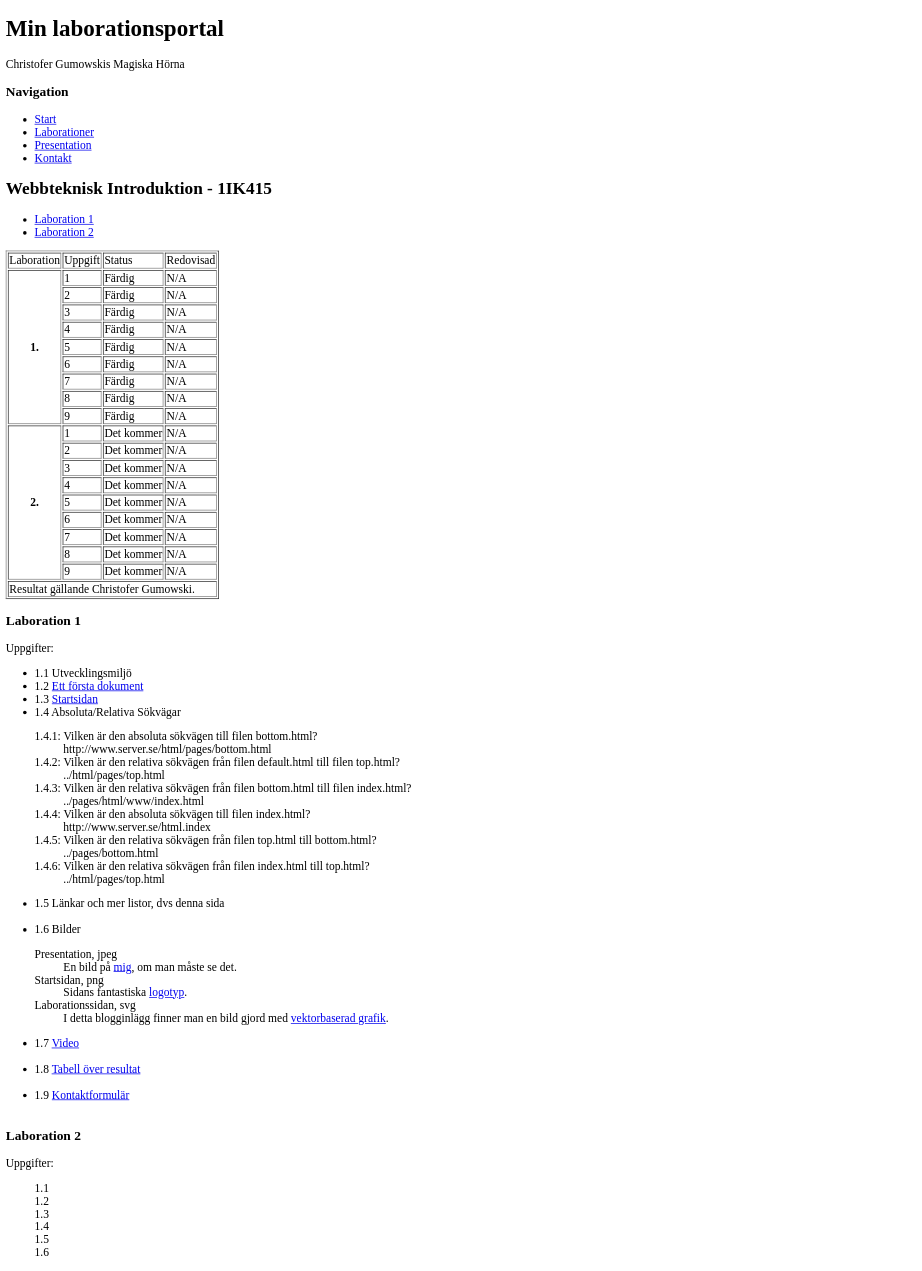
Repository: cg222im/1IK415_cg222im
Page: pages/laborationer.html
The author's editor kept a record of every edit. The page is drawn from the files as they stood at one moment, then again after the next edit.
The browser window is 1280 px wide. The pictures show the whole page, at 72% of full size.

Above is the page before.

### pages/laborationer.html
<!doctype html>
<html>
    <head>
        <meta charset="UTF-8" />
        <title>laborationer</title>
    </head>

    <body>

    <h1>Min laborationsportal</h1>

    <p>Christofer Gumowskis Magiska Hörna</p>

        <h3>Navigation</h3>
        <ul>
            <li><a href="../index.html">Start</a></li>
            <li><a href="laborationer.html">Laborationer</a></li>
            <li><a href="presentation.html">Presentation</a></li>
            <li><a href="kontakt.html">Kontakt</a></li>
        </ul>

    <h2>Webbteknisk Introduktion - 1IK415</h2>

        <ul>
            <li><a href="#Laboration1">Laboration 1</a></li>
            <li><a href="#Laboration2">Laboration 2</a></li>
        </ul>

    <!--Uppställd resultattabell-->
    <a id="resultat"></a>
    <table border="1">
        <thead>
          <tr>
            <td>Laboration</td>
            <td>Uppgift</td>
            <td>Status</td>
            <td>Redovisad</td>
          </tr>
        </thead>

        <tfoot>
            <tr>
              <td colspan="4">Resultat gällande Christofer Gumowski.</td>
            </tr>
        </tfoot>

        <!--Följande kod är något komprimerad för att spara plats-->
        <tbody>
          <tr>
            <th rowspan="9">1.</th>
            <td>1</td><td>Färdig</td><td>N/A</td>
          </tr>
            <tr><td>2</td><td>Färdig</td><td>N/A</td></tr>
            <tr><td>3</td><td>Färdig</td><td>N/A</td></tr>
            <tr><td>4</td><td>Färdig</td><td>N/A</td></tr>
            <tr><td>5</td><td>Färdig</td><td>N/A</td></tr>
            <tr><td>6</td><td>Färdig</td><td>N/A</td></tr>
            <tr><td>7</td><td>Färdig</td><td>N/A</td></tr>
            <tr><td>8</td><td>Färdig</td><td>N/A</td></tr>
            <tr><td>9</td><td>Färdig</td><td>N/A</td></tr>
        </tbody>

        <tbody>
          <tr>
               <th rowspan="9">2.</th>
            <td>1</td><td>Det kommer</td><td>N/A</td>
          </tr>
            <tr><td>2</td><td>Det kommer</td><td>N/A</td></tr>
            <tr><td>3</td><td>Det kommer</td><td>N/A</td></tr>
            <tr><td>4</td><td>Det kommer</td><td>N/A</td></tr>
            <tr><td>5</td><td>Det kommer</td><td>N/A</td></tr>
            <tr><td>6</td><td>Det kommer</td><td>N/A</td></tr>
            <tr><td>7</td><td>Det kommer</td><td>N/A</td></tr>
            <tr><td>8</td><td>Det kommer</td><td>N/A</td></tr>
            <tr><td>9</td><td>Det kommer</td><td>N/A</td></tr>
        </tbody>

    </table>

    <a id="Laboration1"></a>
    <h3>Laboration 1</h3>
    <p>Uppgifter:</p>
        <ul>
            <li>1.1 Utvecklingsmiljö<br>
            <li>1.2 <a href="README.md">Ett första dokument</a><br>
            <li>1.3 <a href="index.html">Startsidan</a><br>
            <li>1.4 Absoluta/Relativa Sökvägar
                <dl>
                    <dt>1.4.1: Vilken är den absoluta sökvägen till filen bottom.html?</dt>
                        <dd>http://www.server.se/html/pages/bottom.html</dd>
                    <dt>1.4.2: Vilken är den relativa sökvägen från filen default.html till filen top.html?</dt>
                        <dd>../html/pages/top.html</dd>
                    <dt>1.4.3: Vilken är den relativa sökvägen från filen bottom.html till filen index.html?</dt>
                        <dd>../pages/html/www/index.html</dd>
                    <dt>1.4.4: Vilken är den absoluta sökvägen till filen index.html?</dt>
                        <dd>http://www.server.se/html.index</dd>
                    <dt>1.4.5: Vilken är den relativa sökvägen från filen top.html till bottom.html?</dt>
                        <dd>../pages/bottom.html</dd>
                    <dt>1.4.6: Vilken är den relativa sökvägen från filen index.html till top.html?</dt>
                        <dd>../html/pages/top.html</dd>
                </dl></li>
            <li>1.5 Länkar och mer listor, dvs denna sida</li><br>
            <li>1.6 Bilder
                <dl>
                    <dt>Presentation, jpeg</dt>
                        <dd>En bild på <a href="presentation.html#portrait">mig</a>, om man måste se det.</dd>
                    <dt>Startsidan, png</dt>
                        <dd>Sidans fantastiska <a href="../pics/logo.png">logotyp</a>.</dd>
                    <dt>Laborationssidan, svg</dt>
                        <dd>I detta blogginlägg finner man en bild gjord med <a href="../index.html#svgBlogg">vektorbaserad grafik</a>.</dd>
                </dl></li>
            <li>1.7 <a href="../index.html#trailer">Video</a></li><br>
            <li>1.8 <a href="#resultat">Tabell över resultat</a></li><br>
            <li>1.9 <a href="kontakt.html">Kontaktformulär</a></li><br>

        </ul>

    <a id="Laboration2"></a>
    <h3>Laboration 2</h3>
    <p>Uppgifter:</p>
        <ol>
            1.1<br>
            1.2<br>
            1.3<br>
            1.4<br>
            1.5<br>
            1.6<br>
        </ol>



    </body>

</html>

After the next edit:
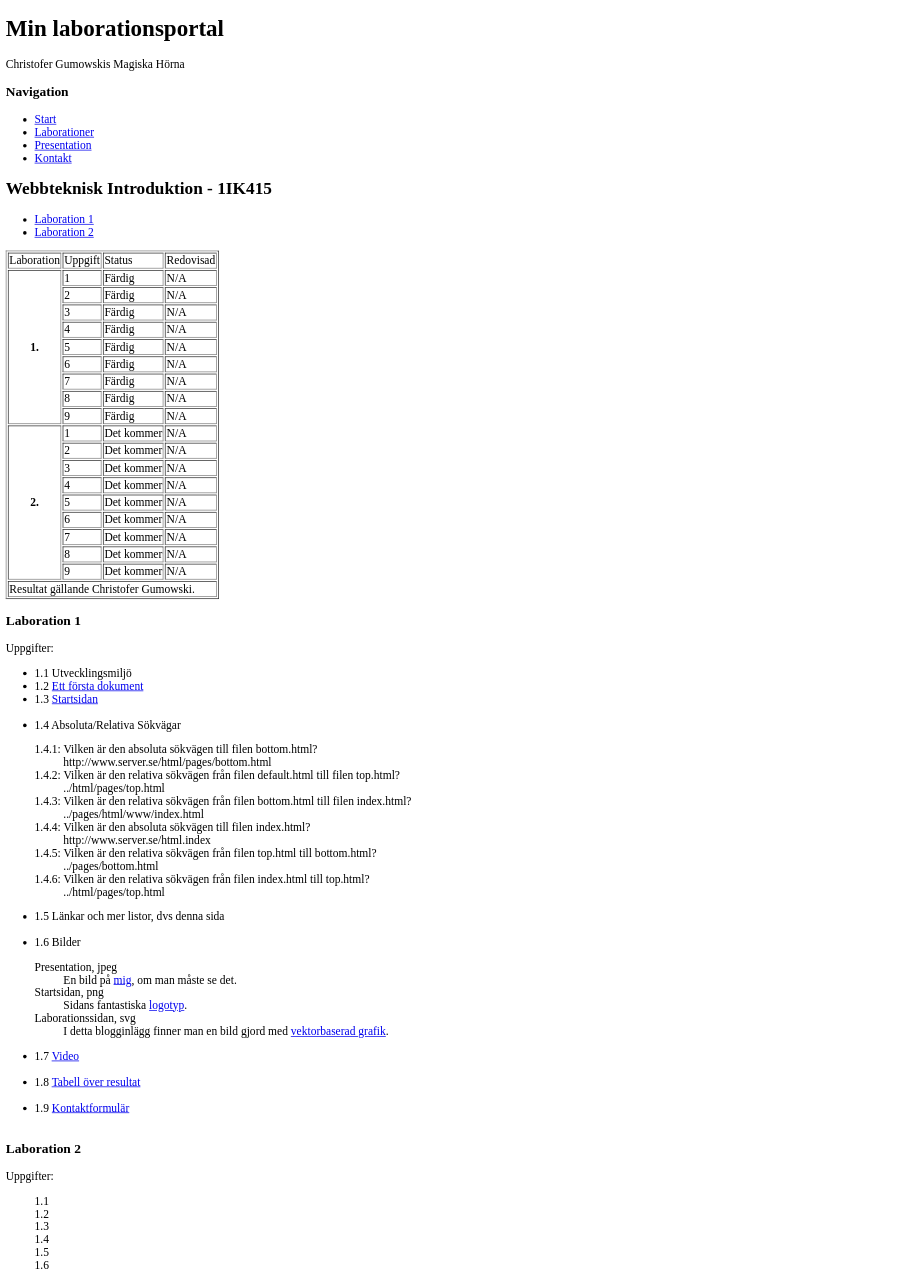
The edit:
--- a/pages/laborationer.html
+++ b/pages/laborationer.html
@@ -81,9 +81,9 @@
     <h3>Laboration 1</h3>
     <p>Uppgifter:</p>
         <ul>
-            <li>1.1 Utvecklingsmiljö<br>
-            <li>1.2 <a href="README.md">Ett första dokument</a><br>
-            <li>1.3 <a href="index.html">Startsidan</a><br>
+            <li>1.1 Utvecklingsmiljö</li>
+            <li>1.2 <a href="README.md">Ett första dokument</a></li>
+            <li>1.3 <a href="index.html">Startsidan</a></li><br>
             <li>1.4 Absoluta/Relativa Sökvägar
                 <dl>
                     <dt>1.4.1: Vilken är den absoluta sökvägen till filen bottom.html?</dt>

After the edit that followed:
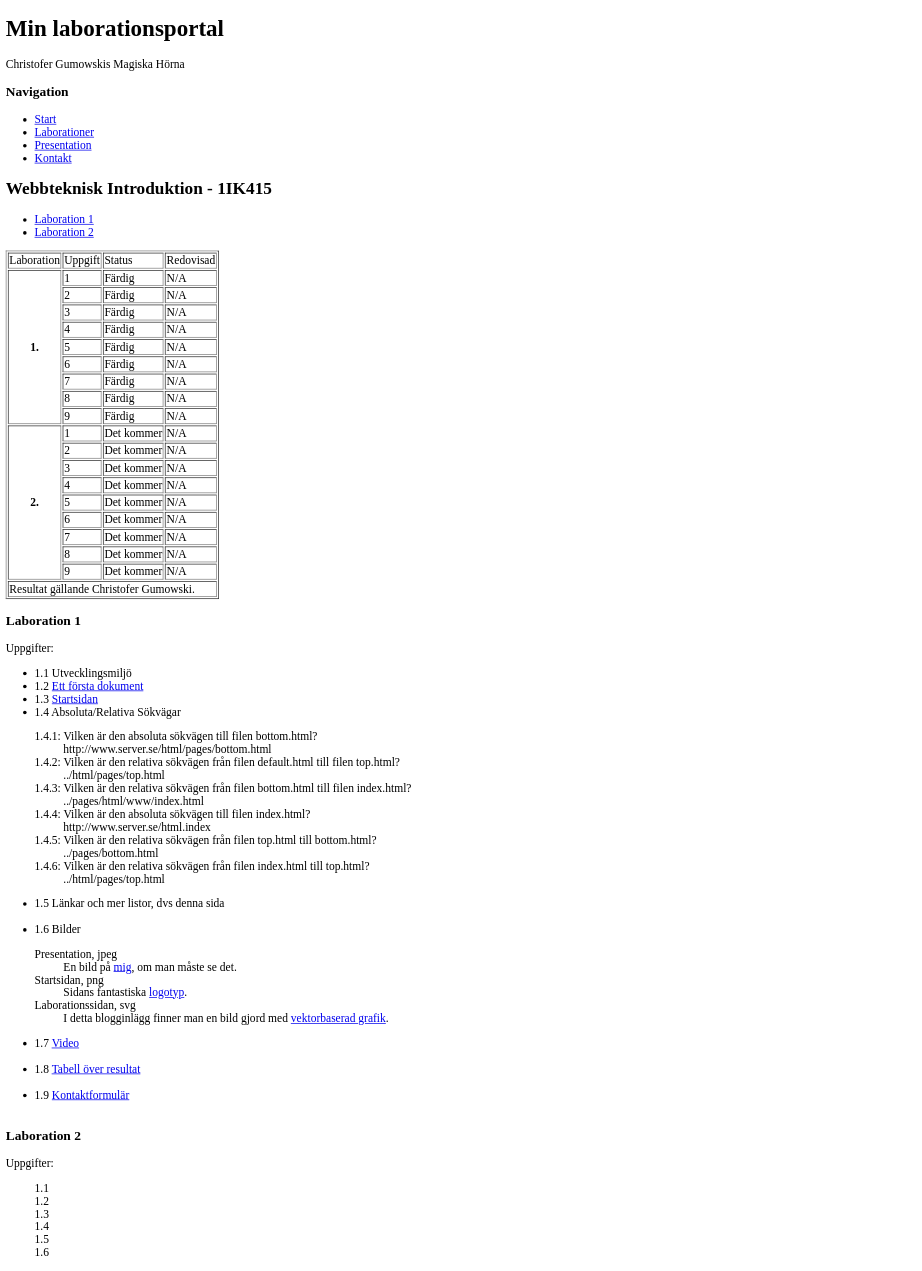
The edit:
--- a/pages/laborationer.html
+++ b/pages/laborationer.html
@@ -83,7 +83,7 @@
         <ul>
             <li>1.1 Utvecklingsmiljö</li>
             <li>1.2 <a href="README.md">Ett första dokument</a></li>
-            <li>1.3 <a href="index.html">Startsidan</a></li><br>
+            <li>1.3 <a href="index.html">Startsidan</a></li>
             <li>1.4 Absoluta/Relativa Sökvägar
                 <dl>
                     <dt>1.4.1: Vilken är den absoluta sökvägen till filen bottom.html?</dt>
